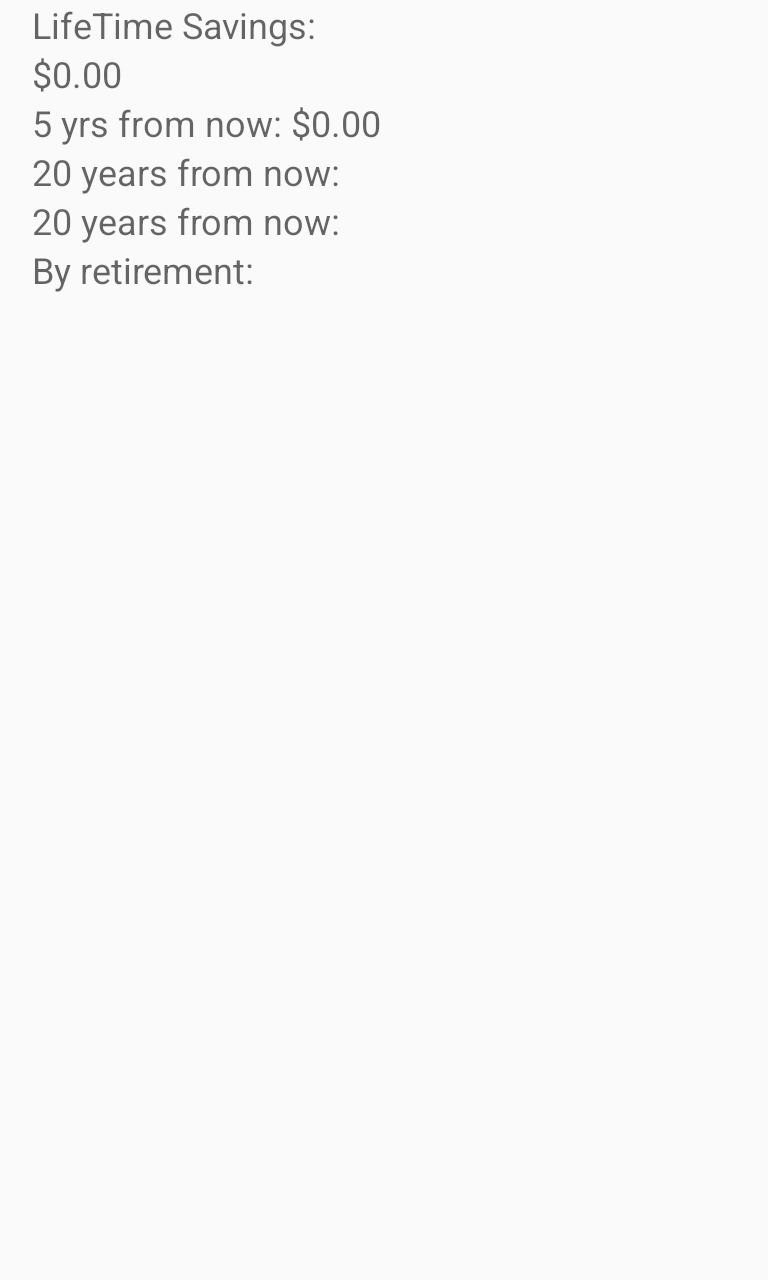
Repository: aallev11/saveit
Layout: ShouldISaveIt/res/layout/lifetimevalue.xml
These files come from the project's save history. The layout is drawn as it stood at one moment and after the next save; the edit follows.
It is drawn on a 768 x 1280 px phone screen (xhdpi) without system bars, with theme AppTheme; the app's code is not run.

Above is the layout before, as saved 2014-03-30 12:49:37.

### ShouldISaveIt/res/layout/lifetimevalue.xml
<?xml version="1.0" encoding="utf-8"?>
<FrameLayout xmlns:android="http://schemas.android.com/apk/res/android"
    android:layout_width="match_parent"
    android:layout_height="match_parent" >

    <LinearLayout
        android:layout_width="fill_parent"
        android:layout_height="fill_parent"
        android:orientation="vertical"
        android:paddingLeft="16dp"
        android:paddingRight="16dp" >

        <TextView
            android:layout_width="wrap_content"
            android:layout_height="wrap_content"
            android:text="LifeTime Savings: "
            android:textAppearance="?android:attr/textAppearanceMedium" />

        <TextView
                android:id="@+id/lifeTimeSavings"
                android:layout_width="wrap_content"
                android:layout_height="wrap_content"
                android:text="$0.00"
                android:textAppearance="?android:attr/textAppearanceMedium" />


        <LinearLayout
            android:layout_width="fill_parent"
            android:layout_height="wrap_content"
            android:orientation="horizontal" >

            <TextView
                android:layout_width="wrap_content"
                android:layout_height="wrap_content"
                android:text="5 yrs from now: "
                android:textAppearance="?android:attr/textAppearanceMedium" />
            <TextView
                android:id="@+id/fiveYrsLifetimeSavings"
                android:layout_width="wrap_content"
                android:layout_height="wrap_content"
                android:text="$0.00"
                android:textAppearance="?android:attr/textAppearanceMedium" />


        </LinearLayout>
        <LinearLayout
            android:layout_width="fill_parent"
            android:layout_height="wrap_content"
            android:orientation="horizontal" >

            <TextView
                android:layout_width="wrap_content"
                android:layout_height="wrap_content"
                android:text="20 years from now:   "
                android:textAppearance="?android:attr/textAppearanceMedium" />

            <TextView
                android:id="@+id/twentyYearsLifetimeSavings"
                android:layout_width="match_parent"
                android:layout_height="wrap_content"
                android:ems="10"
                android:width="40dp" >
            </TextView>
        </LinearLayout>

        <LinearLayout
            android:layout_width="fill_parent"
            android:layout_height="wrap_content"
            android:orientation="horizontal" >

            <TextView
                android:layout_width="wrap_content"
                android:layout_height="wrap_content"
                android:text="20 years from now:  "
                android:textAppearance="?android:attr/textAppearanceMedium" />

            <TextView
                android:id="@+id/edit20years"
                android:layout_width="match_parent"
                android:layout_height="wrap_content"
                android:ems="10"
                android:width="40dp" >
            </TextView>
        </LinearLayout>

        <LinearLayout
            android:layout_width="fill_parent"
            android:layout_height="wrap_content"
            android:orientation="horizontal" >

            <TextView
                android:layout_width="wrap_content"
                android:layout_height="wrap_content"
                android:text="By retirement:  "
                android:textAppearance="?android:attr/textAppearanceMedium" />

            <TextView
                android:id="@+id/editByRetirement"
                android:layout_width="match_parent"
                android:layout_height="wrap_content"
                android:ems="10"
                android:width="40dp" >
            </TextView>
        </LinearLayout>
    </LinearLayout>

</FrameLayout>

Loaded but not shown: ShouldISaveIt/res/values/styles.xml (common file); ShouldISaveIt/res/values-v11/styles.xml (common file); ShouldISaveIt/res/values-v14/styles.xml (common file)

After the next save:
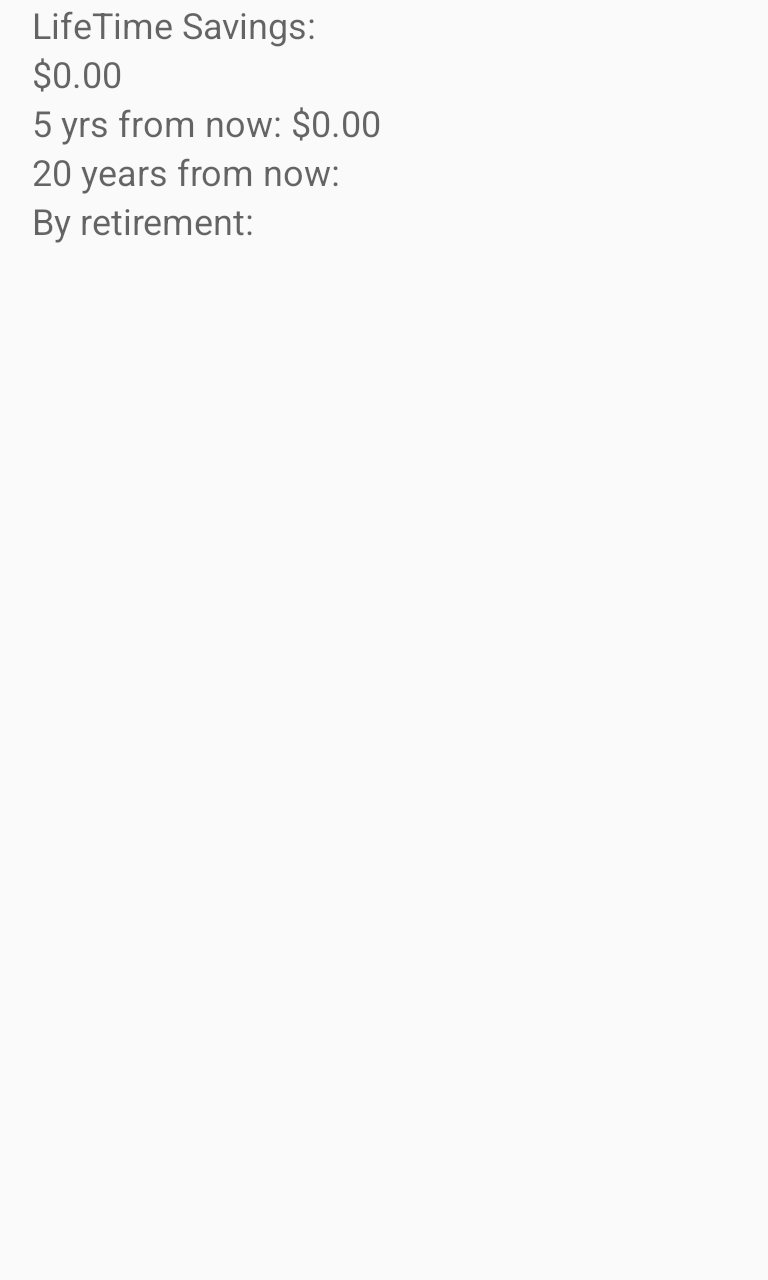
Saved 25 s later.
--- a/ShouldISaveIt/res/layout/lifetimevalue.xml
+++ b/ShouldISaveIt/res/layout/lifetimevalue.xml
@@ -62,27 +62,6 @@
                 android:width="40dp" >
             </TextView>
         </LinearLayout>
-
-        <LinearLayout
-            android:layout_width="fill_parent"
-            android:layout_height="wrap_content"
-            android:orientation="horizontal" >
-
-            <TextView
-                android:layout_width="wrap_content"
-                android:layout_height="wrap_content"
-                android:text="20 years from now:  "
-                android:textAppearance="?android:attr/textAppearanceMedium" />
-
-            <TextView
-                android:id="@+id/edit20years"
-                android:layout_width="match_parent"
-                android:layout_height="wrap_content"
-                android:ems="10"
-                android:width="40dp" >
-            </TextView>
-        </LinearLayout>
-
         <LinearLayout
             android:layout_width="fill_parent"
             android:layout_height="wrap_content"
@@ -95,7 +74,7 @@
                 android:textAppearance="?android:attr/textAppearanceMedium" />
 
             <TextView
-                android:id="@+id/editByRetirement"
+                android:id="@+id/byRetirementLifetimeSavings"
                 android:layout_width="match_parent"
                 android:layout_height="wrap_content"
                 android:ems="10"
